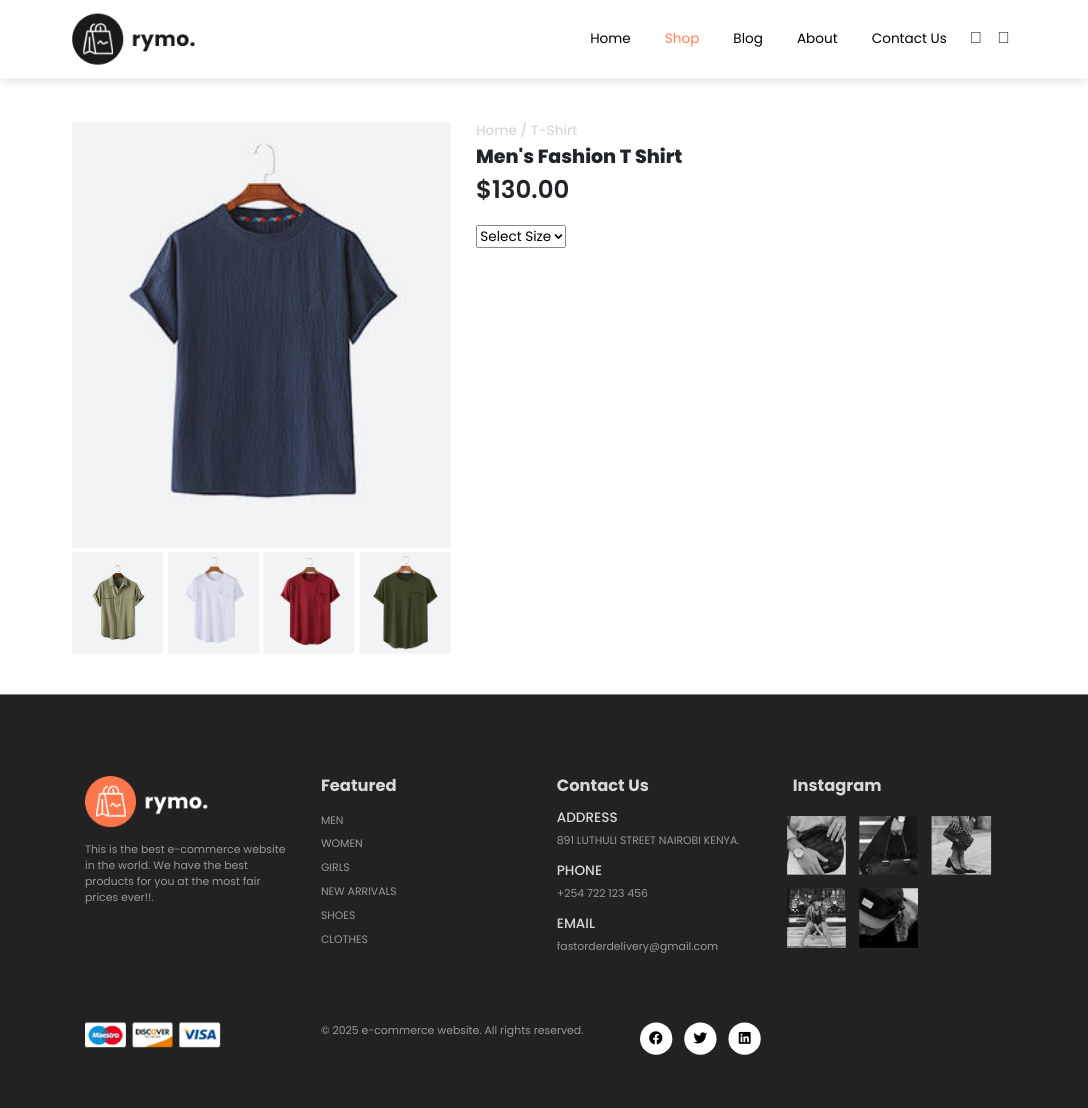
Repository: peter417waweru/e-commerce-UI
Page: sproduct.html
These files come from the project's save history. The page is drawn as it stood at one moment and after the next save; the edit follows.
The browser window is 1280 px wide. The pictures show the whole page, at 85% of full size.
Some web libraries are served in a nearby version.

Above is the page before, as saved 2025-02-08 15:47:53.

After the next save:
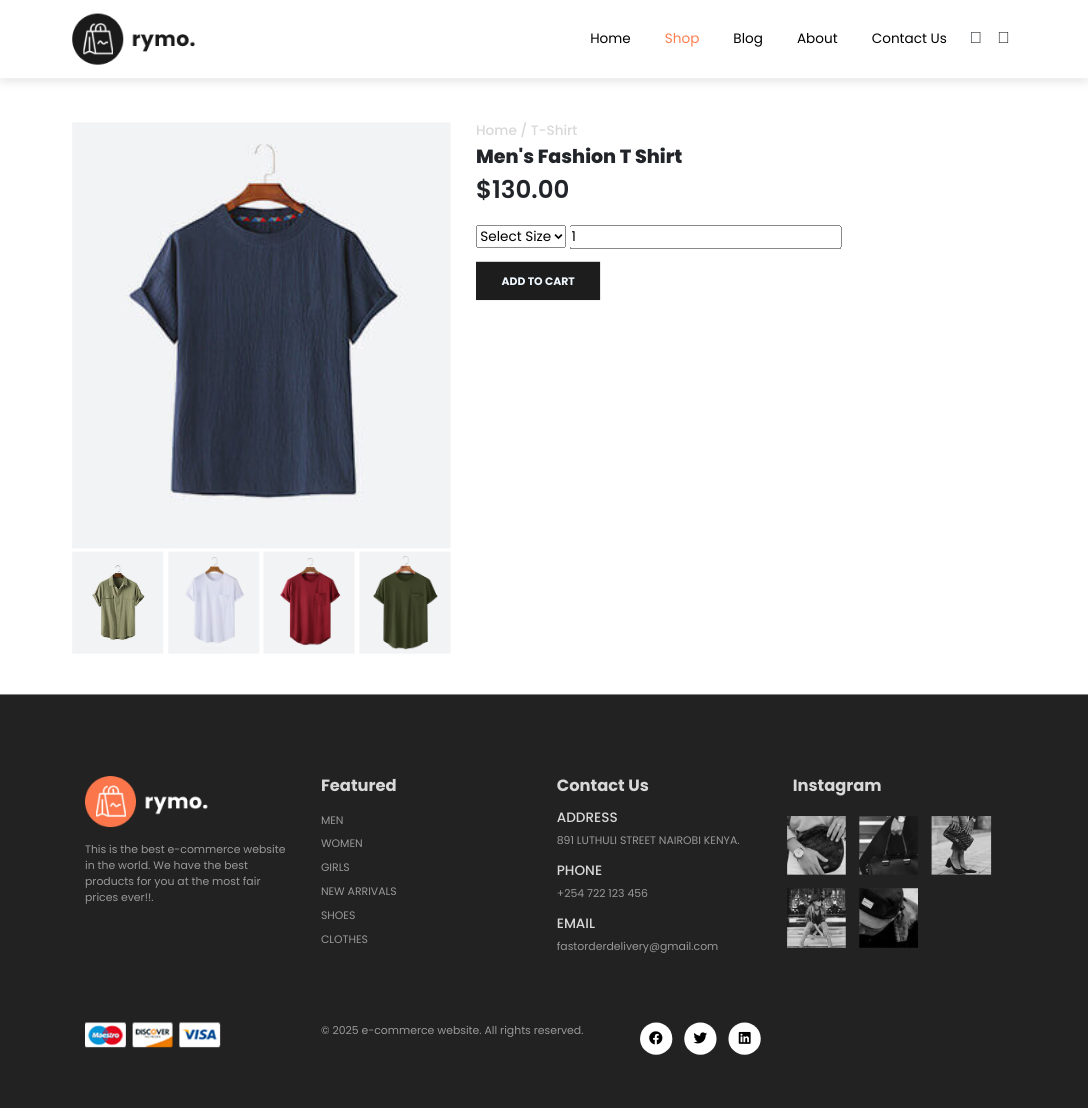
Saved 2 min 17 s later.
--- a/sproduct.html
+++ b/sproduct.html
@@ -84,6 +84,9 @@
                         <option>Large</option>
                         <option>Small</option>
                     </select>
+                    <input type="number" value="1">
+                    <button class="buy-btn">Add To Cart</button>
+
 
                 </div>
             </div>
